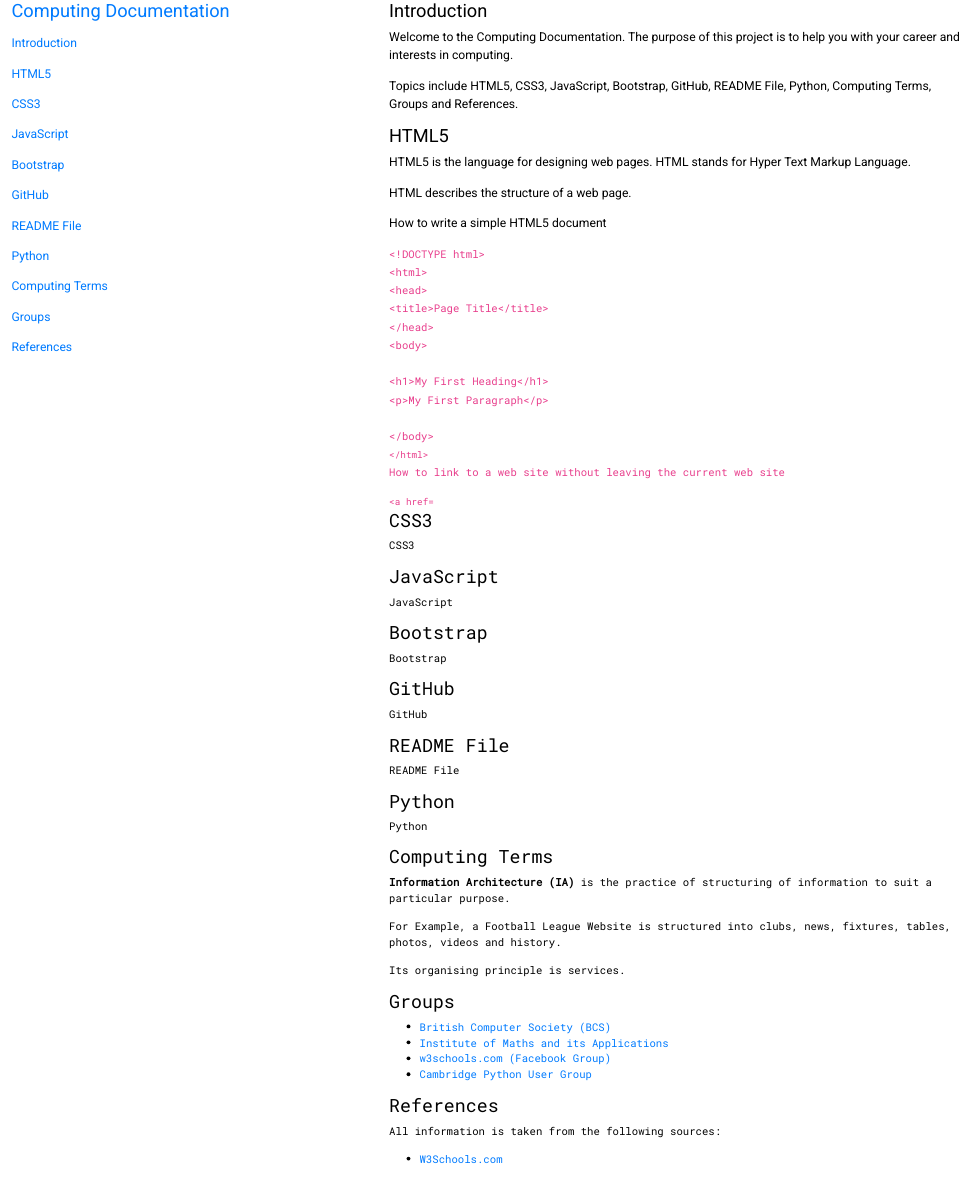
Repository: derektypist/technical-documentation-page
Page: index.html
The author's editor kept a record of every edit. The page is drawn from the files as they stood at one moment, then again after the next edit.
The browser window is 1280 px wide. The pictures show the whole page, at 76% of full size.

Above is the page before.

### index.html
<!DOCTYPE html>
<html lang="en">

<head>
  <meta charset="UTF-8">
  <meta name="viewport" content="width=device-width, initial-scale=1.0">
  <meta http-equiv="X-UA-Compatible" content="ie=edge">
  <title>Technical Documentation Page</title>
  <!-- Load Style Sheets -->
  <link rel="stylesheet" href="https://maxcdn.bootstrapcdn.com/bootstrap/4.4.1/css/bootstrap.min.css" integrity="sha384-Vkoo8x4CGsO3+Hhxv8T/Q5PaXtkKtu6ug5TOeNV6gBiFeWPGFN9MuhOf23Q9Ifjh" crossorigin="anonymous">
  <link href="https://fonts.googleapis.com/css?family=Roboto|Roboto+Mono&display=swap" rel="stylesheet">
  <style>
    /* Navigation */

    #navbar {
      font-family: "Roboto", Arial, Verdana, sans-serif;
      margin-left: 15px;
      width: 25vmax;
      position: fixed;
    }

    /* Main Content */

    #main-doc {
      font-family: "Roboto", Arial, Verdana, sans-serif;
      padding-left: 40%;
    }

    /* Main Section */

    .main-section {
      color: black;
    }

    /* Code */

    code {
      font-family: "Roboto Mono", monospace;
    }
  </style>
</head>

<body>
  <!-- Set Up Navigation -->
  <nav class="navbar-nav" id="navbar">
    <header>
      <h4><a href="index.html" title="Return to Home Page">Computing Documentation</a></h4>
    </header>


    <!-- Set Up List Items Vertically -->
    <ul class="navbar-nav">
      <li class="nav-item">
        <a class="nav-link" href="#Introduction">Introduction</a>
      </li>
      <li class="nav-item">
        <a class="nav-link" href="#HTML5">HTML5</a>
      </li>
      <li class="nav-item">
        <a class="nav-link" href="#CSS3">CSS3</a>
      </li>
      <li class="nav-item">
        <a class="nav-link" href="#JavaScript">JavaScript</a>
      </li>
      <li class="nav-item">
        <a class="nav-link" href="#Bootstrap">Bootstrap</a>
      </li>
      <li class="nav-item">
        <a class="nav-link" href="#GitHub">GitHub</a>
      </li>
      <li class="nav-item">
        <a class="nav-link" href="#README_File">README File</a>
      </li>
      <li class="nav-item">
        <a class="nav-link" href="#Python">Python</a>
      </li>
      <li>
        <a class="nav-link" href="#Computing_Terms">Computing Terms</a>
      </li>
      <li>
        <a class="nav-link" href="#Groups">Groups</a>
      </li>
      <li>
        <a class="nav-link" href="#References">References</a>
      </li>
  </nav>

  <!-- Set Up Main Content -->
  <main id="main-doc">

    <!-- Provide Section for Introduction -->
    <section class="main-section" id="Introduction">
      <header>
        <h4>Introduction</h4>
      </header>
      <article>
        <p>Welcome to the Computing Documentation. The purpose of this project is to help you with your career and interests in computing.</p>
        <p>Topics include HTML5, CSS3, JavaScript, Bootstrap, GitHub, README File, Python, Computing Terms, Groups and References.</p>
      </article>
    </section>

    <!-- Provide Section for HTML5 -->
    <section class="main-section" id="HTML5">
      <header>
        <h4>HTML5</h4>
      </header>
      <article>
        <p>HTML5 is the language for designing web pages. HTML stands for Hyper Text Markup Language.</p>
        <p>HTML describes the structure of a web page.</p>
        <p>How to write a simple HTML5 document</p>

        <!-- Apply usage of code tags, &lt for less than and &gt for greater than -->
        <code>&lt!DOCTYPE html&gt
        <br>
        &lthtml&gt
        <br>
        &lthead&gt
        <br>
        &lttitle&gtPage Title&lt/title&gt
        <br>
        &lt/head&gt
        <br>
        &ltbody&gt
        <br>
        <br>
        &lth1&gtMy First Heading&lt/h1&gt
        <br>
        &ltp&gtMy First Paragraph&lt/p&gt
        <br>
        <br>
        &lt/body&gt
        <br>
        <code>&lt/html&gt</code>
        <p>How to link to a web site without leaving the current web site</p>
        <code>&lta href=</code>
      </article>
    </section>

    <!-- Provide Section for CSS3 -->
    <section class="main-section" id="CSS3">
      <header>
        <h4>CSS3</h4>
      </header>
      <article>
        <p>CSS3</p>
      </article>
    </section>

    <!-- Provide Section for JavaScript -->
    <section class="main-section" id="JavaScript">
      <header>
        <h4>JavaScript</h4>
      </header>
      <article>
        <p>JavaScript</p>
      </article>
    </section>

    <!-- Provide Section for Bootstrap -->
    <section class="main-section" id="Bootstrap">
      <header>
        <h4>Bootstrap</h4>
      </header>
      <article>
        <p>Bootstrap</p>
      </article>
    </section>


    <!-- Provide Section for GitHub -->
    <section class="main-section" id="GitHub">
      <header>
        <h4>GitHub</h4>
      </header>
      <article>
        <p>GitHub</p>
      </article>
    </section>

    <!-- Provide Section for README File -->
    <section class="main-section" id="README_File">
      <header>
        <h4>README File</h4>
      </header>
      <article>
        <p>README File</p>
      </article>
    </section>

    <!-- Provide Section for Python -->
    <section class="main-section" id="Python">
      <header>
        <h4>Python</h4>
      </header>
      <article>
        <p>Python</p>
      </article>
    </section>

    <!-- Provide Section for Computing Terms -->
    <section class="main-section" id="Computing_Terms">
      <header>
        <h4>Computing Terms</h4>
      </header>
      <article>
        <p><b>Information Architecture (IA)</b> is the practice of structuring of information to suit a particular purpose.</p>
        <p>For Example, a Football League Website is structured into clubs, news, fixtures, tables, photos, videos and history.</p>
        <p>Its organising principle is services.</p>
      </article>
    </section>

    <!-- Provide Section for Groups -->
    <section class="main-section" id="Groups">
      <header>
        <h4>Groups</h4>
      </header>
      <article>
        <ul>
          <li><a href="https://www.bcs.org" target="_blank" title="British Computer Society">British Computer Society (BCS)</a></li>
          <li><a href="https://www.ima.org.uk" target="_blank" title="Institute of Maths and its Applications">Institute of Maths and its Applications</a></li>
          <li><a href="https://www.facebook.com/groups/w3schoolscom" target="_blank" title="w3schools.com Facebook Group">w3schools.com (Facebook Group)</a></li>
          <li><a href="https://www.meetup.com/CamPUG" target="_blank" title="Cambridge Python User Group">Cambridge Python User Group</a></li>
        </ul>
      </article>
    </section>
    <!-- Provide Section for References -->
    <section class="main-section" id="References">
      <header>
        <h4>References</h4>
      </header>
      <article>
        <p>All information is taken from the following sources:</p>
        <ul>
          <li><a href="https://www.w3schools.com" target="_blank" title="W3Schools.com">W3Schools.com</a></li>
        </ul>
      </article>
    </section>
  </main>
</body>

</html>

After the next edit:
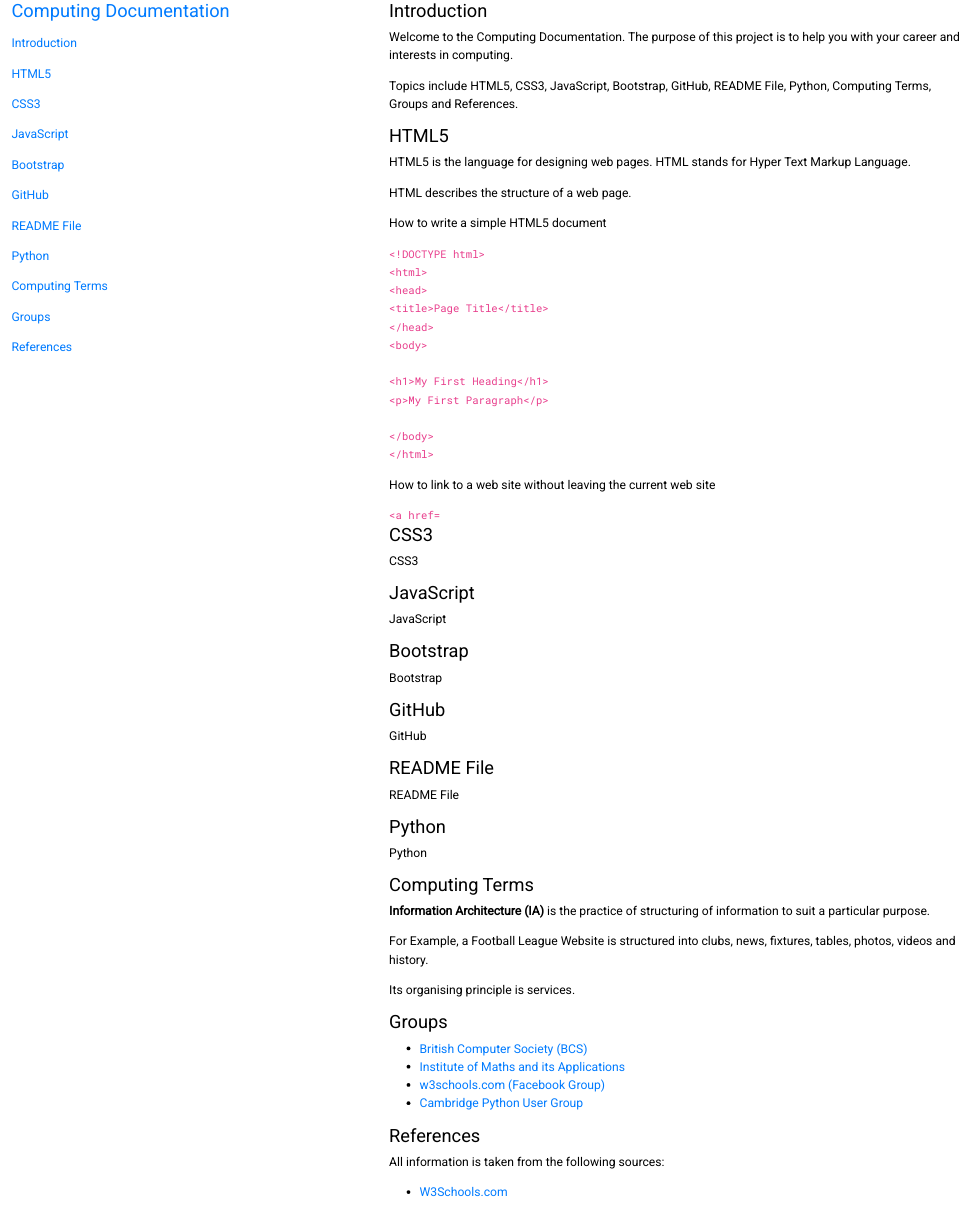
The edit:
--- a/index.html
+++ b/index.html
@@ -130,7 +130,8 @@
         <br>
         &lt/body&gt
         <br>
-        <code>&lt/html&gt</code>
+        &lt/html&gt</code>
+        <p></p>
         <p>How to link to a web site without leaving the current web site</p>
         <code>&lta href=</code>
       </article>
